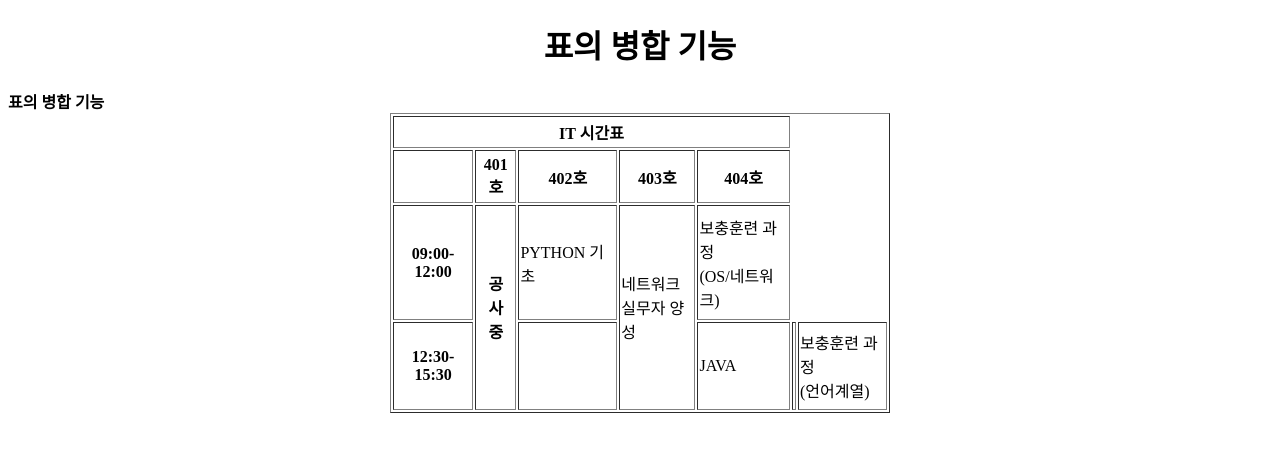
Repository: hui-Joo/html
Page: html/quiz.html
The author's editor kept a copy of each file at every save. The page is drawn from the files as they stood at one save, then again after the next save.
The browser window is 1280 px wide. The pictures show the whole page.

Above is the page before, as saved 2021-10-04 06:06:31.

After the next save:
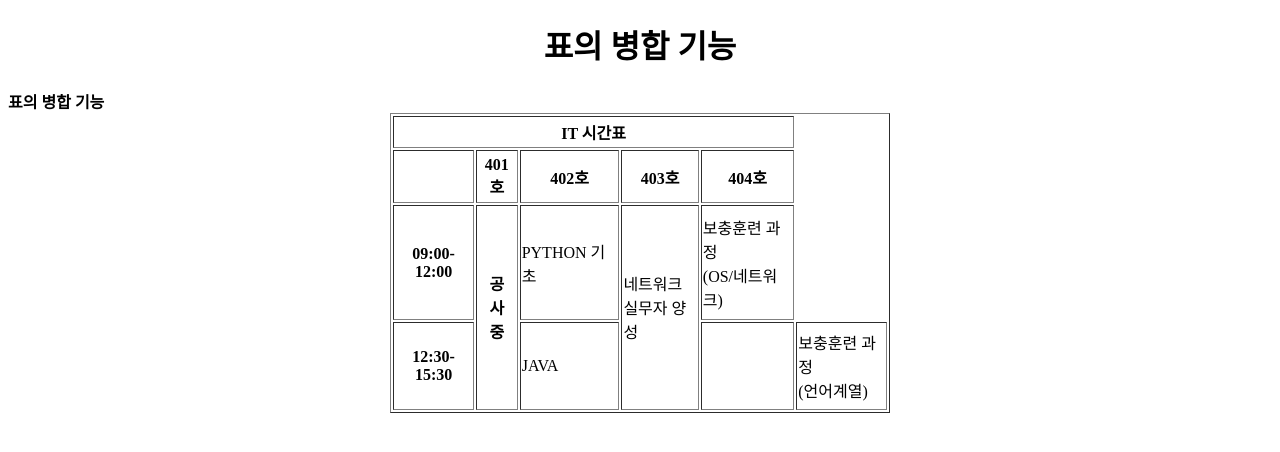
Saved 61 s later.
--- a/html/quiz.html
+++ b/html/quiz.html
@@ -22,7 +22,7 @@
 	</tr>
 
 	<tr>
-	<th>12:30-15:30</th><th></th><td>JAVA</td><td></td><td>보충훈련 과정<br>(언어계열)</td>
+	<th>12:30-15:30</th><td>JAVA</td><td></td><td>보충훈련 과정<br>(언어계열)</td>
 	</tr>
 
 
